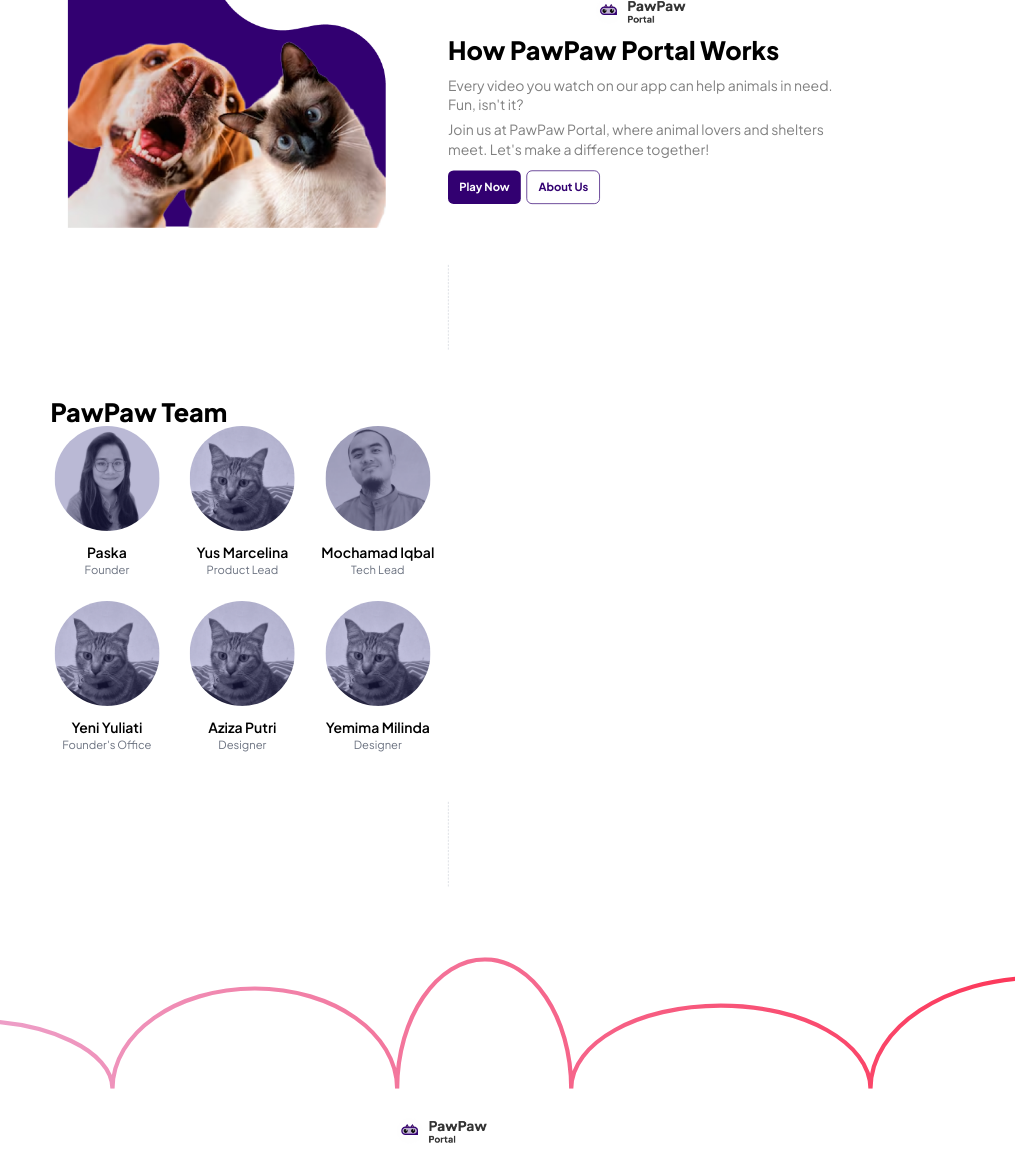
Repository: paskasiregar/pawpawwebsite
Page: /
These files come from the project's save history. The page is drawn as it stood at one moment and after the next save; the edit follows.
The browser window is 1280 px wide. The page is 1450 px wide, so the pictures cover 1450 px, including what lies to the right of the window. The pictures show the part of the page from y = 1199 to 2879 px (the page is 3960 px tall), at 70% of full size.
The project was rebuilt for these pictures with package versions that can differ from the ones it lists, and the page was loaded fresh each time. The framework's server and built-in components were replaced by stand-ins that run in the browser. Also part of the build but not shown: next.config.js, next.config.mjs.

Above is the page before, as saved 2024-09-06 11:34:15.

### src/app/layout.js
import { Inter } from "next/font/google";
import "./globals.css";

const inter = Inter({ subsets: ["latin"] });

export const metadata = {
  title: "PawPaw Portal | Your One-Stop Shelter",
  description: "Your One-Stop Shelter",
};

export default function RootLayout({ children }) {
  return (
    <html lang="en">
      <meta
        name="google-adsense-account"
        content="ca-pub-4770655134097556"
      ></meta>
      <body className={inter.className}>{children}</body>
    </html>
  );
}

### src/app/page.js
import { Contact } from "@/components/contact";
import { Divider } from "@/components/divider";
import { Footer } from "@/components/footer";
import { Header } from "@/components/header";
import CTA from "@/components/CTA";
import Hero from "@/components/hero";
import PrimaryButton from "@/components/primaryButton";
import SecButton from "@/components/secButton";
import Image from "next/image";
import bannerImage from "../assets/banner.png";
import logoHeaderImage from "../assets/banner-10.png";
import Link from "next/link";
import Head from "next/head";
import piupiu from "../assets/piupiu.png";
import paska from "../assets/paska.png";
import iqbal from "../assets/iqbal.png";

export default async function Home() {
  return (
    <div className="w-full font-plus-jakarta m-auto flex min-h-screen flex-col items-center justify-between">
      <Head>
        <script
          async
          src="https://pagead2.googlesyndication.com/pagead/js/adsbygoogle.js?client=ca-pub-4770655134097556"
          crossorigin="anonymous"
        ></script>
      </Head>
      <section className="w-full">
        <div className="centeredcontainer main-container">
          <Header />
        </div>
        <main className="main-container">
          <Hero />
          <Divider />
          <div className="self-stretch bg-white flex flex-col md:flex-row">
            <div className="flex-1 relative h-48 md:h-[489px] z-[0] flex items-center justify-center">
              <Image
                className="w-[80%] h-auto object-cover"
                alt="banner"
                src={bannerImage}
                width={200}
                height={200}
              />
            </div>

            {/* How it works */}
            <div
              id="how-it-works"
              className="flex-1 flex flex-col items-center md:items-start justify-center gap-4 z-[1] p-4 md:p-8"
            >
              <div className="space-y-4">
                <div className="flex justify-center md:justify-start">
                  <svg
                    width="130"
                    height="77"
                    viewBox="0 0 130 77"
                    fill="none"
                    xmlns="http://www.w3.org/2000/svg"
                  >
                    <path
                      d="M2.04016 48.038C39.1938 19.0059 75.4362 75.5193 75.4362 75.5193C58.6481 44.4597 70.5515 14.7701 105.05 54.8444C105.05 54.8444 88.8644 34.0647 127.885 2.52962"
                      stroke="url(#paint0_linear_545_35744)"
                      strokeWidth="4.42591"
                      strokeMiterlimit="10"
                      strokeLinejoin="bevel"
                    />
                    <defs>
                      <linearGradient
                        id="paint0_linear_545_35744"
                        x1="19.971"
                        y1="73.8863"
                        x2="126.116"
                        y2="-0.218346"
                        gradientUnits="userSpaceOnUse"
                      >
                        <stop offset="0.2868" stopColor="#E9404C" />
                        <stop offset="0.2967" stopColor="#EA475C" />
                        <stop offset="0.3252" stopColor="#EB5B85" />
                        <stop offset="0.3554" stopColor="#EB6CA8" />
                        <stop offset="0.3871" stopColor="#EC79C5" />
                        <stop offset="0.4209" stopColor="#EC84DB" />
                        <stop offset="0.4577" stopColor="#ED8BEB" />
                        <stop offset="0.4998" stopColor="#ED90F4" />
                        <stop offset="0.5589" stopColor="#ED91F7" />
                      </linearGradient>
                    </defs>
                  </svg>
                </div>
                <div className="hidden md:flex items-center justify-center">
                  <Image
                    className="w-36 h-10 object-cover"
                    alt="Logo"
                    src={logoHeaderImage}
                    width={120}
                    height={20}
                  />
                </div>
                <div className="flex flex-col items-center md:items-start">
                  <div className="relative font-extrabold text-2xl md:text-4xl text-center md:text-left">
                    How PawPaw Portal Works
                  </div>
                </div>
                <div className="self-stretch flex flex-col md:flex-row items-center md:items-start justify-start text-lg md:text-xl text-gray-500">
                  <div className="flex-1 flex flex-col items-center md:items-start justify-start">
                    <div className="self-stretch">
                      <p className="m-0 text-center md:text-left">
                        Every video you watch on our app can help animals in
                        need. Fun, isn&apos;t it?
                      </p>
                      <p className="m-2"></p>
                      <p className="m-0 text-center md:text-left">
                        Join us at PawPaw Portal, where animal lovers and
                        shelters meet. Let&apos;s make a difference together!
                      </p>
                    </div>
                  </div>
                </div>
                <div className="flex flex-col md:flex-row gap-2">
                  <PrimaryButton href="https://game.pawpawportal.com">
                    Play Now
                  </PrimaryButton>
                  <Link
                    href="#about-us"
                    className="flex flex-col md:flex-row gap-2"
                  >
                    <SecButton>About Us</SecButton>
                  </Link>
                </div>
              </div>
            </div>
          </div>

          {/* Team */}
          <Divider />
          <div className="self-stretch bg-white flex flex-col md:flex-row">
            <div
              id="team"
              className="flex-1 flex flex-col items-center md:items-start justify-center gap-4 z-[1] p-4 md:p-8"
            >
              <div className="space-y-4">
                <div className="flex flex-col items-center md:items-start">
                  <div className="relative font-extrabold text-2xl md:text-4xl text-center md:text-center">
                    PawPaw Team
                  </div>
                  <div className="grid grid-cols-1 md:grid-cols-2 lg:grid-cols-3 gap-6 md:gap-8">
                    {/* Paska */}
                    <div className="flex flex-col items-center">
                      <Image
                        className="rounded-full"
                        alt="Paska"
                        src={paska}
                        width={150}
                        height={150}
                      />
                      <div className="text-xl font-semibold mt-4">Paska</div>
                      <div className="text-gray-500">Founder</div>
                    </div>

                    {/* Kak Yus */}
                    <div className="flex flex-col items-center">
                      <Image
                        className="rounded-full"
                        alt="Yus"
                        src={piupiu}
                        width={150}
                        height={150}
                      />
                      <div className="text-xl font-semibold mt-4">
                        Yus Marcelina
                      </div>
                      <div className="text-gray-500">Product Lead</div>
                    </div>

                    {/* Mas Iqbal */}
                    <div className="flex flex-col items-center">
                      <Image
                        className="rounded-full"
                        alt="Iqbal"
                        src={iqbal}
                        width={150}
                        height={150}
                      />
                      <div className="text-xl font-semibold mt-4">
                        Mochamad Iqbal
                      </div>
                      <div className="text-gray-500">Tech Lead</div>
                    </div>

                    {/* Julie */}
                    <div className="flex flex-col items-center">
                      <Image
                        className="rounded-full"
                        alt="Yeni Yuliati"
                        src={piupiu}
                        width={150}
                        height={150}
                      />
                      <div className="text-xl font-semibold mt-4">
                        Yeni Yuliati
                      </div>
                      <div className="text-gray-500">Founder's Office</div>
                    </div>

                    {/* Aziza */}
                    <div className="flex flex-col items-center">
                      <Image
                        className="rounded-full"
                        alt="Aziza Putri"
                        src={piupiu}
                        width={150}
                        height={150}
                      />
                      <div className="text-xl font-semibold mt-4">
                        Aziza Putri
                      </div>
                      <div className="text-gray-500">Designer</div>
                    </div>

                    {/* Yemima */}
                    <div className="flex flex-col items-center">
                      <Image
                        className="rounded-full"
                        alt="Yemima Milinda"
                        src={piupiu}
                        width={150}
                        height={150}
                      />
                      <div className="text-xl font-semibold mt-4">
                        Yemima Milinda
                      </div>
                      <div className="text-gray-500">Designer</div>
                    </div>
                  </div>
                </div>
              </div>
            </div>
          </div>
          <Divider />
          <Contact />
        </main>
        <div className="w-full">
          <div>
            <CTA />
          </div>
          <div id="about-us">
            <Footer />
          </div>
        </div>
      </section>
    </div>
  );
}

### src/app/globals.css
@import url("https://fonts.googleapis.com/css2?family=Plus+Jakarta+Sans:wght@400;600;700;800&display=swap");

@tailwind base;
@tailwind components;
@tailwind utilities;

body {
  font-family: "Plus Jakarta Sans", sans-serif;
}

p,
ul {
  color: gray;
  margin-bottom: 2px;
}

section {
  margin-bottom: 8px;
}

.hero-bg {
  display: flex;
  background: radial-gradient(circle,
      rgb(204, 188, 230) 10%,
      rgb(255, 255, 255) 50%);
}

.cta-container {
  display: flex;
  justify-content: center;
  align-items: center;
  position: relative;
  background: radial-gradient(circle, rgb(14, 4, 4) 0%, rgb(14, 1, 51) 100%);
  padding: 20px;
  gap: 20px;
  min-height: 200px;
}

.cta-button {
  display: inline-block;
  padding: 20px 40px;
  font-size: 24px;
  font-weight: bold;
  color: white;
  background: black;
  border-radius: 40px;
  position: relative;
  z-index: 1;
  overflow: hidden;
  transition: all 0.3s ease;
  text-align: center;
}

.cta-button::before {
  content: "";
  position: absolute;
  top: -2px;
  left: -2px;
  right: -2px;
  bottom: -2px;
  background: linear-gradient(90deg,
      rgb(255, 244, 97) 0%,
      rgb(187, 61, 255) 50%,
      rgb(142, 23, 23) 100%);
  z-index: -1;
  border-radius: inherit;
}

.cta-button::after {
  content: "";
  position: absolute;
  top: 2px;
  left: 2px;
  right: 2px;
  bottom: 2px;
  background: black;
  z-index: -1;
  border-radius: inherit;
}

.cta-button:hover {
  color: rgb(237, 246, 133);
  background: white;
}

.footer-bg {
  background: radial-gradient(circle, rgb(14, 4, 4) 0%, rgb(14, 1, 51) 100%);
  color: white;
  text-align: center;
  padding: 20px;
}

.centeredcontainer {
  width: 100vw;
  height: auto;
}

.main-container {
  width: 100%;
  max-width: 1200px;
  margin: 0 auto;
  padding: 0;
}

.header-content {
  display: flex;
  flex-direction: row;
  align-items: center;
  justify-content: space-between;
}

.header-logo-button {
  display: flex;
  flex-direction: row;
  align-items: center;
  gap: 16px;
  /* Adjust spacing as needed */
}

html {
  scroll-behavior: smooth;
}

### src/components/divider.jsx
export const Divider = () => {
  return (
    <div className="self-stretch h-[195px] flex flex-row items-center justify-center py-16 px-[130px] box-border">
      <div className="w-px relative box-border h-[121px] border-r-[1px] border-dashed border-gray-300" />
    </div>
  );
};

### src/components/header.jsx
import Link from "next/link";
import PrimaryButton from "@/components/primaryButton";
import React from "react";
import Image from "next/image";
import logoHeaderImage from "../assets/banner-10.png";

export const Header = () => {
  return (
    <div className="font-plus-jakarta w-full flex flex-col items-center justify-center text-left text-gray-500">
      <div className="self-stretch bg-white flex flex-col items-center justify-center text-sm">
        <div className="w-full header-content p-2.5 box-border">
          <Link href="/">
            {" "}
            {/* Homepage */}
            <Image
              className="w-36 h-10 object-cover"
              alt="Logo"
              src={logoHeaderImage}
              width={120}
              height={20}
            />
          </Link>
          <div className="hidden md:flex flex-row items-center justify-center gap-8">
            <div>
              <Link href="#how-it-works">How It Works</Link>
            </div>
            <div>
              <Link href="#about-us">About Us</Link>
            </div>
            <div>
              <Link href="/privacy">Privacy Policy</Link>
            </div>
          </div>
          <div className="header-logo-button">
            <PrimaryButton href="https://game.pawpawportal.com">
              Be Our Hero Today!
            </PrimaryButton>
          </div>
        </div>
      </div>
    </div>
  );
};

export default Header;

### src/components/CTA.jsx
import React from "react";
import Link from "next/link";

const CTA = () => {
  return (
    <div className="cta-container font-plus-jakarta p-4 md:p-8 flex flex-col md:flex-row items-center justify-center">
      <svg
        className="cta-decoration mb-4 md:mb-0 md:mr-4"
        width="48"
        height="46"
        viewBox="0 0 48 46"
        fill="none"
        xmlns="http://www.w3.org/2000/svg"
      >
        <path
          d="M2 46C2 27.296 29.551 30.0086 36.5736 34.5625C36.5736 34.5625 14.4611 2 47.5714 2"
          stroke="url(#cta_gradient)"
          strokeWidth="3.92857"
          strokeMiterlimit="10"
          strokeLinejoin="bevel"
        />
        <defs>
          <linearGradient
            id="cta_gradient"
            x1="37.3571"
            y1="2"
            x2="7.5"
            y2="46"
            gradientUnits="userSpaceOnUse"
          >
            <stop stopColor="#FF2445" />
            <stop offset="1" stopColor="#F5AB0E" />
          </linearGradient>
        </defs>
      </svg>
      <Link href="https://game.pawpawportal.com">
        <div className="cta-button text-center bg-gradient-to-r from-orange-500 to-pink-500 text-white font-bold py-2 px-4 rounded-lg shadow-lg cursor-pointer">
          Play Our Game Now
        </div>
      </Link>
    </div>
  );
};

export default CTA;

### src/components/primaryButton.jsx
import React from "react";

const PrimaryButton = ({ children, onClick }) => {
  return (
    <button
      className="self-stretch bg-inherit-320071 hover:bg-blue-700 text-white font-bold px-4 py-3 rounded-lg"
      onClick={onClick}
    >
      {children}
    </button>
  );
};

export default PrimaryButton;

### src/components/secButton.jsx
import React from "react";

const SecButton = ({ children, onClick }) => {
  return (
    <button
      className="bg-white border border-inherit-320071 text-inherit-320071 font-bold py-2 px-4 rounded-lg"
      onClick={onClick}
    >
      {children}
    </button>
  );
};

export default SecButton;

### src/components/nameInput.jsx
import React from "react";

const NameInput = ({ value, onChange }) => {
  return (
    <div className="mb-4">
      <label
        className="block text-gray-700 text-sm font-bold mb-2"
        htmlFor="name"
      >
        Name
      </label>
      <input
        id="name"
        type="text"
        value={value}
        onChange={onChange}
        className="shadow appearance-none border rounded w-full py-2 px-3 text-gray-700 leading-tight focus:outline-none focus:shadow-outline"
        placeholder="Your Name"
      />
    </div>
  );
};

export default NameInput;

### src/components/emailInput.jsx
import React from "react";

const EmailInput = ({ value, onChange }) => {
  return (
    <div className="mb-4">
      <label
        className="block text-gray-700 text-sm font-bold mb-2"
        htmlFor="email"
      >
        Email
      </label>
      <input
        id="email"
        type="email"
        value={value}
        onChange={onChange}
        className="shadow appearance-none border rounded w-full py-2 px-3 text-gray-700 leading-tight focus:outline-none focus:shadow-outline"
        placeholder="Your Email"
      />
    </div>
  );
};

export default EmailInput;

### src/components/mesageInput.jsx
import React from "react";

const MessageInput = ({ value, onChange }) => {
  return (
    <div className="mb-4">
      <label
        className="block text-gray-700 text-sm font-bold mb-2"
        htmlFor="message"
      >
        Message
      </label>
      <textarea
        id="message"
        value={value}
        onChange={onChange}
        className="shadow appearance-none border rounded w-full py-2 px-3 text-gray-700 leading-tight focus:outline-none focus:shadow-outline"
        placeholder="Your Message"
        rows="5"
      />
    </div>
  );
};

export default MessageInput;

Loaded but not shown: tailwind.config.js (24 lines, source omitted); src/components/hero.jsx (211 lines, source omitted); src/components/footer.jsx (175 lines, source omitted); src/components/contact.jsx (94 lines, source omitted)

After the next save:
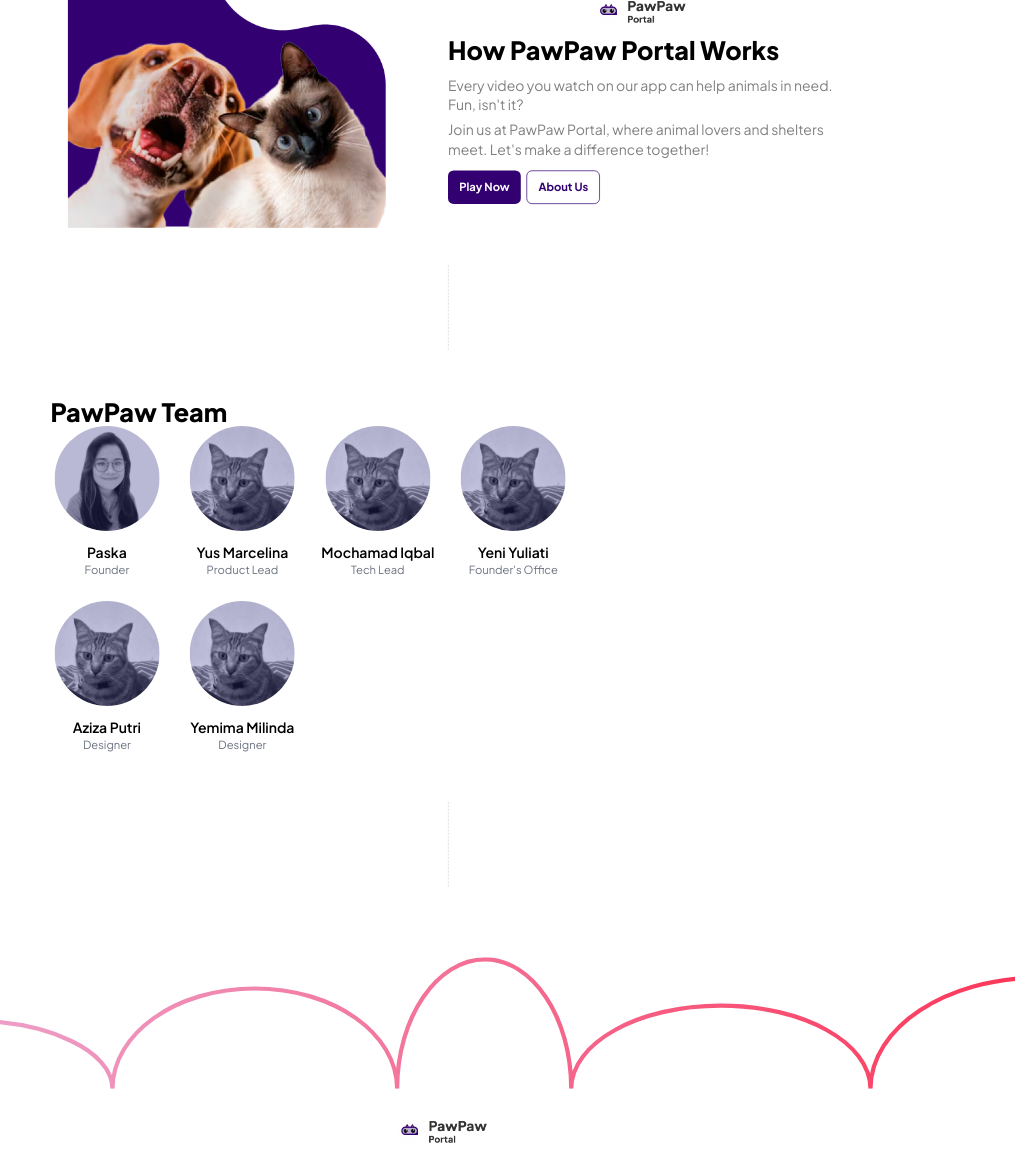
Saved 19 s later.
--- a/src/app/page.js
+++ b/src/app/page.js
@@ -139,10 +139,10 @@ export default async function Home() {
             >
               <div className="space-y-4">
                 <div className="flex flex-col items-center md:items-start">
-                  <div className="relative font-extrabold text-2xl md:text-4xl text-center md:text-center">
+                  <div className="relative font-extrabold text-2xl md:text-4xl text-center">
                     PawPaw Team
                   </div>
-                  <div className="grid grid-cols-1 md:grid-cols-2 lg:grid-cols-3 gap-6 md:gap-8">
+                  <div className="grid grid-cols-1 md:grid-cols-2 lg:grid-cols-4 gap-6 md:gap-8">
                     {/* Paska */}
                     <div className="flex flex-col items-center">
                       <Image
@@ -176,7 +176,7 @@ export default async function Home() {
                       <Image
                         className="rounded-full"
                         alt="Iqbal"
-                        src={iqbal}
+                        src={piupiu}
                         width={150}
                         height={150}
                       />
@@ -235,6 +235,7 @@ export default async function Home() {
               </div>
             </div>
           </div>
+
           <Divider />
           <Contact />
         </main>
